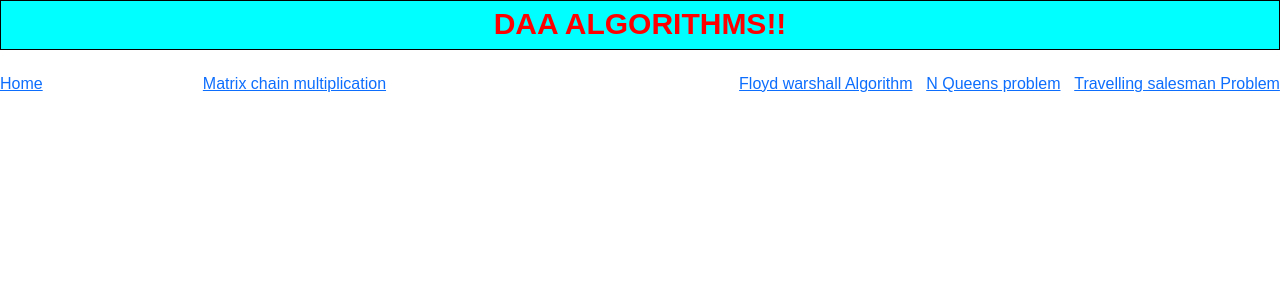
Repository: vinaybabu3962/ALGORITHMIC-TOOLBOX
Page: DAA_WT/webapp/index.html
An editor plug-in stored every save of this project. The page is shown before and after the next save, followed by the edit.
The browser window is 1280 px wide. The pictures show the whole page.

Above is the page before, as saved 2021-07-06 14:06:39.

After the next save:
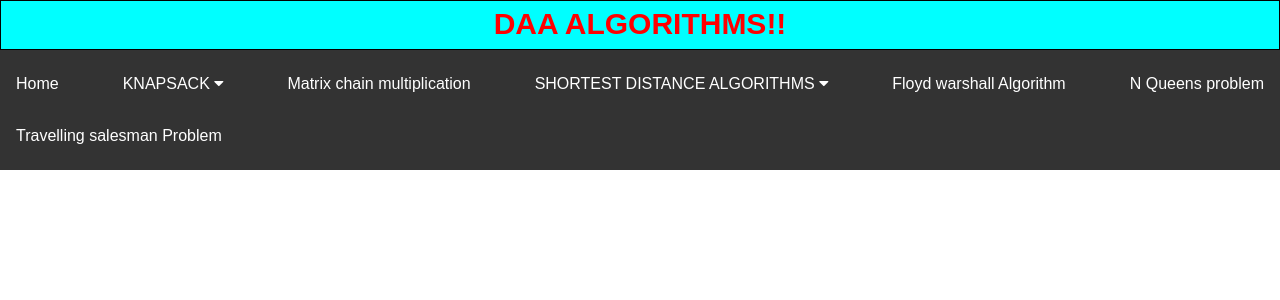
Saved 51 s later.
--- a/DAA_WT/webapp/index.html
+++ b/DAA_WT/webapp/index.html
@@ -10,33 +10,23 @@
 <link rel="stylesheet" href="https://cdnjs.cloudflare.com/ajax/libs/font-awesome/4.7.0/css/font-awesome.min.css">
 <style>
 body {
-  margin: 0;
   font-family: Arial, Helvetica, sans-serif;
 }
 
-.topnav {
+.navbar {
   overflow: hidden;
   background-color: #333;
 }
 
-.topnav a {
+.navbar a {
   float: left;
-  color: #f2f2f2;
+  font-size: 16px;
+  color: white;
   text-align: center;
   padding: 14px 16px;
   text-decoration: none;
-  font-size: 17px;
 }
 
-.topnav a:hover {
-  background-color: #ddd;
-  color: black;
-}
-
-.topnav a.active {
-  background-color: #04AA6D;
-  color: white;
-}
 .dropdown {
   float: left;
   overflow: hidden;
